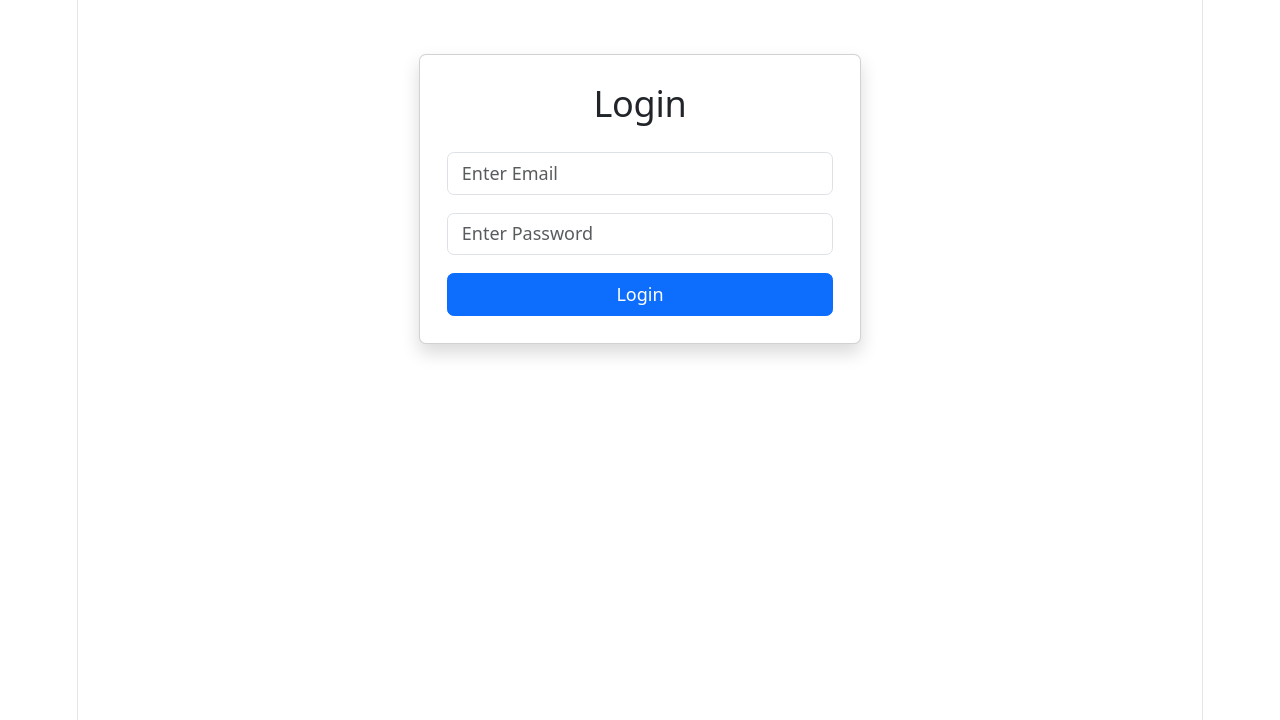
Repository: vijaymp1214/Job-Portal-Management-System
Page: / (app in frontend/)
The author's editor kept a copy of each file at every save. The page is drawn from the files as they stood at one save, then again after the next save.
The browser window is 1280 px wide. The pictures show the whole page.
The project was rebuilt for these pictures with package versions that can differ from the ones it lists, and the page was loaded fresh each time. Also part of the build but not shown: frontend/vite.config.js.

Above is the page before, as saved 2026-05-30 13:08:28.

### frontend/index.html
<!doctype html>
<html lang="en">
  <head>
    <meta charset="UTF-8" />
    <link rel="icon" type="image/svg+xml" href="/favicon.svg" />
    <meta name="viewport" content="width=device-width, initial-scale=1.0" />
    <title>jobportal-frontend</title>
  </head>
  <body>
    <div id="root"></div>
    <script type="module" src="/src/main.jsx"></script>
  </body>
</html>

### frontend/src/index.css
:root {
  --text: #6b6375;
  --text-h: #08060d;
  --bg: #fff;
  --border: #e5e4e7;
  --code-bg: #f4f3ec;
  --accent: #aa3bff;
  --accent-bg: rgba(170, 59, 255, 0.1);
  --accent-border: rgba(170, 59, 255, 0.5);
  --social-bg: rgba(244, 243, 236, 0.5);
  --shadow:
    rgba(0, 0, 0, 0.1) 0 10px 15px -3px, rgba(0, 0, 0, 0.05) 0 4px 6px -2px;

  --sans: system-ui, 'Segoe UI', Roboto, sans-serif;
  --heading: system-ui, 'Segoe UI', Roboto, sans-serif;
  --mono: ui-monospace, Consolas, monospace;

  font: 18px/145% var(--sans);
  letter-spacing: 0.18px;
  color-scheme: light dark;
  color: var(--text);
  background: var(--bg);
  font-synthesis: none;
  text-rendering: optimizeLegibility;
  -webkit-font-smoothing: antialiased;
  -moz-osx-font-smoothing: grayscale;

  @media (max-width: 1024px) {
    font-size: 16px;
  }
}

@media (prefers-color-scheme: dark) {
  :root {
    --text: #9ca3af;
    --text-h: #f3f4f6;
    --bg: #16171d;
    --border: #2e303a;
    --code-bg: #1f2028;
    --accent: #c084fc;
    --accent-bg: rgba(192, 132, 252, 0.15);
    --accent-border: rgba(192, 132, 252, 0.5);
    --social-bg: rgba(47, 48, 58, 0.5);
    --shadow:
      rgba(0, 0, 0, 0.4) 0 10px 15px -3px, rgba(0, 0, 0, 0.25) 0 4px 6px -2px;
  }

  #social .button-icon {
    filter: invert(1) brightness(2);
  }
}

body {
  margin: 0;
}

#root {
  width: 1126px;
  max-width: 100%;
  margin: 0 auto;
  text-align: center;
  border-inline: 1px solid var(--border);
  min-height: 100svh;
  display: flex;
  flex-direction: column;
  box-sizing: border-box;
}

h1,
h2 {
  font-family: var(--heading);
  font-weight: 500;
  color: var(--text-h);
}

h1 {
  font-size: 56px;
  letter-spacing: -1.68px;
  margin: 32px 0;
  @media (max-width: 1024px) {
    font-size: 36px;
    margin: 20px 0;
  }
}
h2 {
  font-size: 24px;
  line-height: 118%;
  letter-spacing: -0.24px;
  margin: 0 0 8px;
  @media (max-width: 1024px) {
    font-size: 20px;
  }
}
p {
  margin: 0;
}

code,
.counter {
  font-family: var(--mono);
  display: inline-flex;
  border-radius: 4px;
  color: var(--text-h);
}

code {
  font-size: 15px;
  line-height: 135%;
  padding: 4px 8px;
  background: var(--code-bg);
}

### frontend/src/App.jsx
function App() {
  return (
    <div className="container mt-5">
      <div className="row justify-content-center">

        <div className="col-md-5">

          <div className="card shadow p-4">

            <h2 className="text-center mb-4">
              Login
            </h2>

            <input
              type="email"
              className="form-control mb-3"
              placeholder="Enter Email"
            />

            <input
              type="password"
              className="form-control mb-3"
              placeholder="Enter Password"
            />

            <button className="btn btn-primary w-100">
              Login
            </button>

          </div>

        </div>

      </div>
    </div>
  );
}

export default App;

Loaded but not shown: frontend/src/main.jsx (common file)

After the next save:
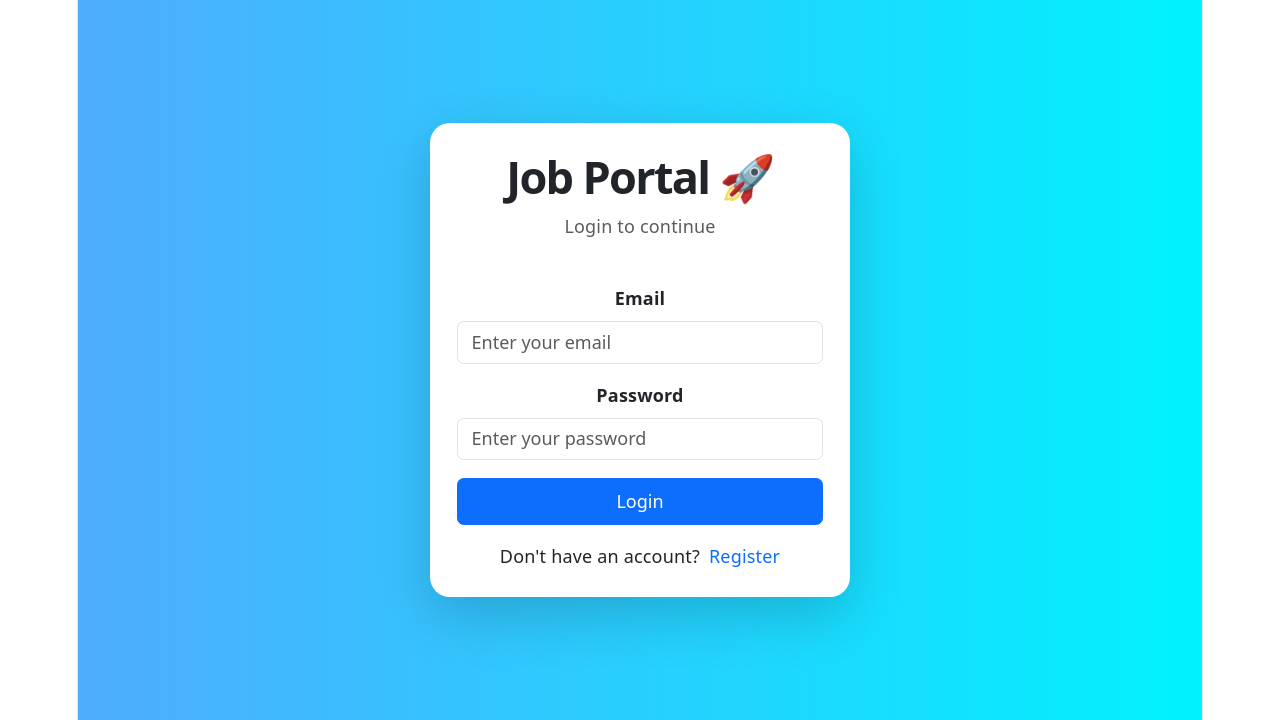
Saved 67 s later.
--- a/frontend/src/App.jsx
+++ b/frontend/src/App.jsx
@@ -1,36 +1,58 @@
 function App() {
   return (
-    <div className="container mt-5">
-      <div className="row justify-content-center">
-
-        <div className="col-md-5">
-
-          <div className="card shadow p-4">
-
-            <h2 className="text-center mb-4">
-              Login
-            </h2>
-
-            <input
-              type="email"
-              className="form-control mb-3"
-              placeholder="Enter Email"
-            />
-
-            <input
-              type="password"
-              className="form-control mb-3"
-              placeholder="Enter Password"
-            />
-
-            <button className="btn btn-primary w-100">
-              Login
-            </button>
-
-          </div>
-
+    <div
+      className="d-flex justify-content-center align-items-center vh-100"
+      style={{
+        background: "linear-gradient(to right, #4facfe, #00f2fe)",
+      }}
+    >
+      <div
+        className="card shadow-lg border-0 p-4"
+        style={{
+          width: "100%",
+          maxWidth: "420px",
+          borderRadius: "20px",
+        }}
+      >
+        <div className="text-center mb-4">
+          <h1 className="fw-bold">Job Portal 🚀</h1>
+          <p className="text-muted">
+            Login to continue
+          </p>
         </div>
 
+        <div className="mb-3">
+          <label className="form-label fw-semibold">
+            Email
+          </label>
+          <input
+            type="email"
+            className="form-control"
+            placeholder="Enter your email"
+          />
+        </div>
+
+        <div className="mb-3">
+          <label className="form-label fw-semibold">
+            Password
+          </label>
+          <input
+            type="password"
+            className="form-control"
+            placeholder="Enter your password"
+          />
+        </div>
+
+        <button className="btn btn-primary w-100 py-2">
+          Login
+        </button>
+
+        <p className="text-center mt-3 mb-0">
+          Don't have an account?
+          <a href="#" className="ms-2 text-decoration-none">
+            Register
+          </a>
+        </p>
       </div>
     </div>
   );
